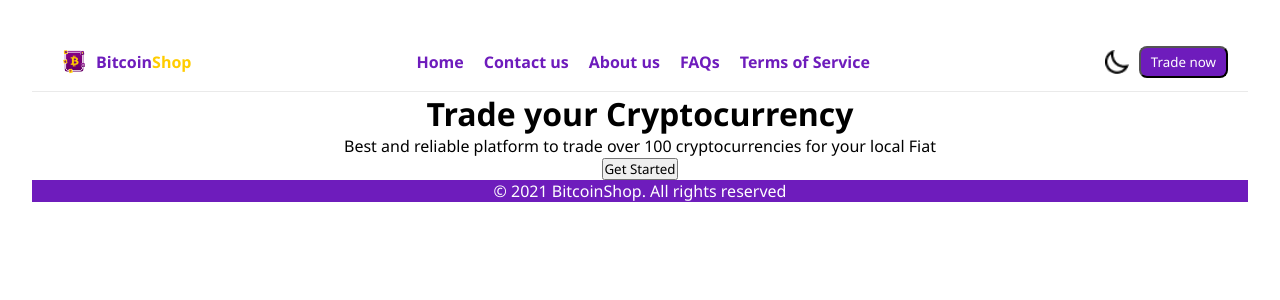
Repository: akinmiday/bitcoinshop-website
Page: /
An editor plug-in stored every save of this project. The page is shown before and after the next save, followed by the edit.
The browser window is 1280 px wide. The pictures show the whole page.
The project was rebuilt for these pictures with package versions that can differ from the ones it lists, and the page was loaded fresh each time. Also part of the build but not shown: vite.config.js.

Above is the page before, as saved 2023-07-10 15:37:51.

### src/App.jsx
import React from 'react'
import { Route, createBrowserRouter, RouterProvider, createRoutesFromElements } from "react-router-dom"
import './App.css'
import Layout from './components/layout'
import TitlePage from './pages/title'



const router = createBrowserRouter(createRoutesFromElements(
  <Route path='/' element={<Layout />} >
    <Route index element={<TitlePage />} />
  </Route>
))

function App() {

  return (
    <RouterProvider router={router} />
  )
}

export default App

### src/index.css
*{
    margin: 0;
    padding: 0;
    box-sizing: border-box;
    font-family: 'Segoe UI', Tahoma, Geneva, Verdana, sans-serif ;
}

.header{
    display: flex;
    color:#6E1CBC;
    display: flex;
    align-items: center;
    border-bottom: #EAEAEA solid 1px;
    height: 60px;
    flex-shrink: 0;
    justify-content: space-between;
    padding: 20px;
}


.right-side-header{
    display: flex;
    align-items: center;
    font-weight: 500;
}

.right-side-header > img{
    padding: 10px;
    height: 44px;

}

.shop-logo{
    color:#FFCC00 ;
}


.middle-section-header {
    display: flex;
    justify-content: center;
    align-items: center;
    gap: 20px;
}

.right-side-header >button {
    background-color: #6E1CBC;
    color: #ffffff;
    padding: 5px 10px;
    border-radius: 8px;
}

.footer{
    background-color: #6E1CBC;
    color: #ffffff;
    display: flex;
    justify-content: center;
    align-items: center;
    margin-top: auto;
    flex-shrink: 0;
}

### src/components/layout.jsx
import React from "react";
import { Outlet } from "react-router-dom";
import Header from "./header";
import Footer from "./footer";
import TitlePage from "../pages/title";

export default function Layout() {
    return (<>
        <Header />
        <main>
            <Outlet />
        </main>
        <Footer />
    </>)
}

### src/pages/title.jsx
import React from "react";

export default function TitlePage() {
    return (
        <div>
            <div>
                <h1>Trade your Cryptocurrency</h1>
                <p>Best and reliable platform to trade over 100 cryptocurrencies for your local Fiat</p>
                <button>Get Started</button>
            </div>
        </div>
    )
}

### src/components/header.jsx
import React from "react";
import logoImg from "../assets/bitcoinshop-logo.png"
import lightIcon from "../assets/Light-icon.png"


export default function Header() {
    return (<div className="header" >
        <div className="right-side-header" ><img src={logoImg} />
            <h4>Bitcoin<span className="shop-logo" >Shop</span></h4>
        </div>
        <div className="middle-section-header" >
            <h4>Home</h4>
            <h4>Contact us</h4>
            <h4>About us</h4>
            <h4>FAQs</h4>
            <h4>Terms of Service</h4>
        </div>
        <div className="right-side-header" >
            <img src={lightIcon} />
            <button>Trade now</button>
        </div>


    </div>)
}

### src/components/footer.jsx
import React from "react";

export default function Footer() {
    return (<>
        <div className="footer" >&#169; 2021 BitcoinShop. All rights reserved</div>
    </>)
}

Loaded but not shown: src/main.jsx (common file); src/App.css (common file)

After the next save:
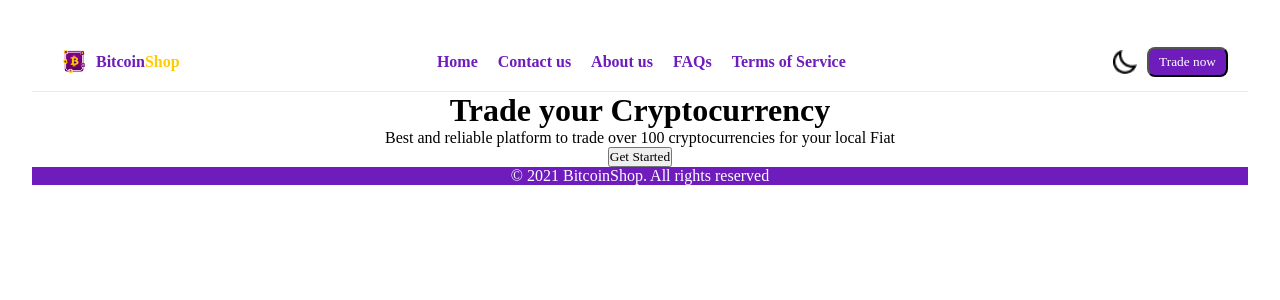
Saved 80 s later.
--- a/src/index.css
+++ b/src/index.css
@@ -2,7 +2,7 @@
     margin: 0;
     padding: 0;
     box-sizing: border-box;
-    font-family: 'Segoe UI', Tahoma, Geneva, Verdana, sans-serif ;
+    font-family: Poppins ;
 }
 
 .header{

After the save that followed:
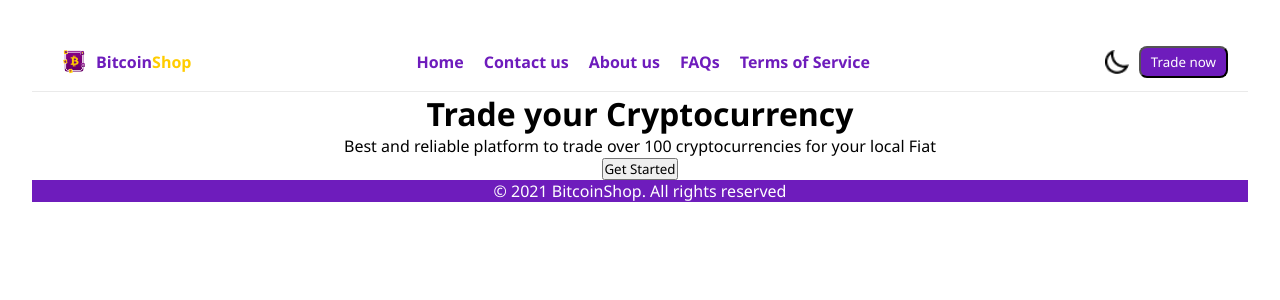
Saved 6 s later.
--- a/src/index.css
+++ b/src/index.css
@@ -2,7 +2,7 @@
     margin: 0;
     padding: 0;
     box-sizing: border-box;
-    font-family: Poppins ;
+    font-family: 'Segoe UI', Tahoma, Geneva, Verdana, sans-serif ;
 }
 
 .header{
